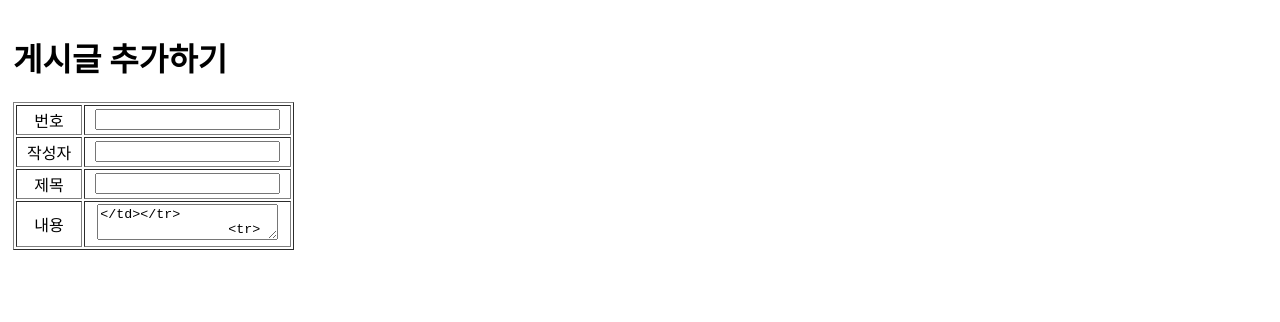
Repository: jjuhye/JSPWorkspace
Page: http://localhost/basic/00_board/_04_addBoard.jsp
An editor plug-in stored every save of this project. The page is shown before and after the next save, followed by the edit.
The browser window is 1280 px wide. The pictures show the whole page.
The page is served by Tomcat 9. Other server files are loaded and not shown.

Above is the page before, as saved 2023-02-24 07:35:16.

### basic/src/main/webapp/00_board/_04_addBoard.jsp
<%@ page language="java" contentType="text/html; charset=UTF-8"
    pageEncoding="UTF-8"%>
<!DOCTYPE html>
<html>
<head>
<meta charset="UTF-8">
<title>게시글 추가</title>
<link rel="stylesheet" href="./board.css">
</head>
<body>
<div>
	<h1> 게시글 추가하기 </h1>
	<form action="_04_addBoardPro.jsp" method="post">
	<table border="1">
		<tr><td>번호</td>
		<td><input></td></tr>
		<tr><td>작성자</td>
		<td><input></td></tr>
		<tr><td>제목</td>
		<td><input></td></tr>
		<tr><td>내용</td>
		<td><textarea></td></tr>
		<tr><td colspan="2"><input type="button" name="write" value="작성완료">
	    	<button onclick="location.href='_00_main.jsp'">작성취소</button></td></tr>

	</table><br>
	</form>
	<!-- <a href="_00_main.jsp">뒤로가기</a> -->
</div>
</body>
</html>

### basic/src/main/webapp/00_board/board.css
@charset "UTF-8";



div{
	padding: 5px;
}

td{
	padding: 2px 10px;
	text-align:center;
}

After the next save:
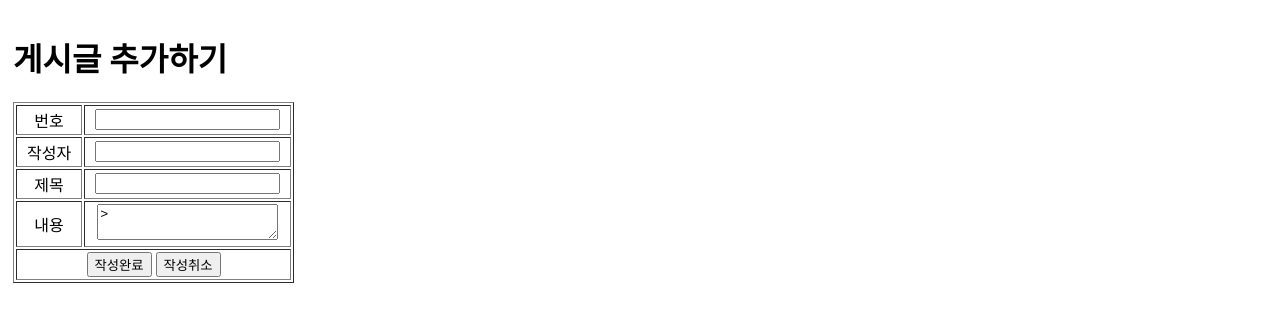
Saved 42 s later.
--- a/basic/src/main/webapp/00_board/_04_addBoard.jsp
+++ b/basic/src/main/webapp/00_board/_04_addBoard.jsp
@@ -19,7 +19,7 @@
 		<tr><td>제목</td>
 		<td><input></td></tr>
 		<tr><td>내용</td>
-		<td><textarea></td></tr>
+		<td><textarea>></textarea></td></tr>
 		<tr><td colspan="2"><input type="button" name="write" value="작성완료">
 	    	<button onclick="location.href='_00_main.jsp'">작성취소</button></td></tr>
 
